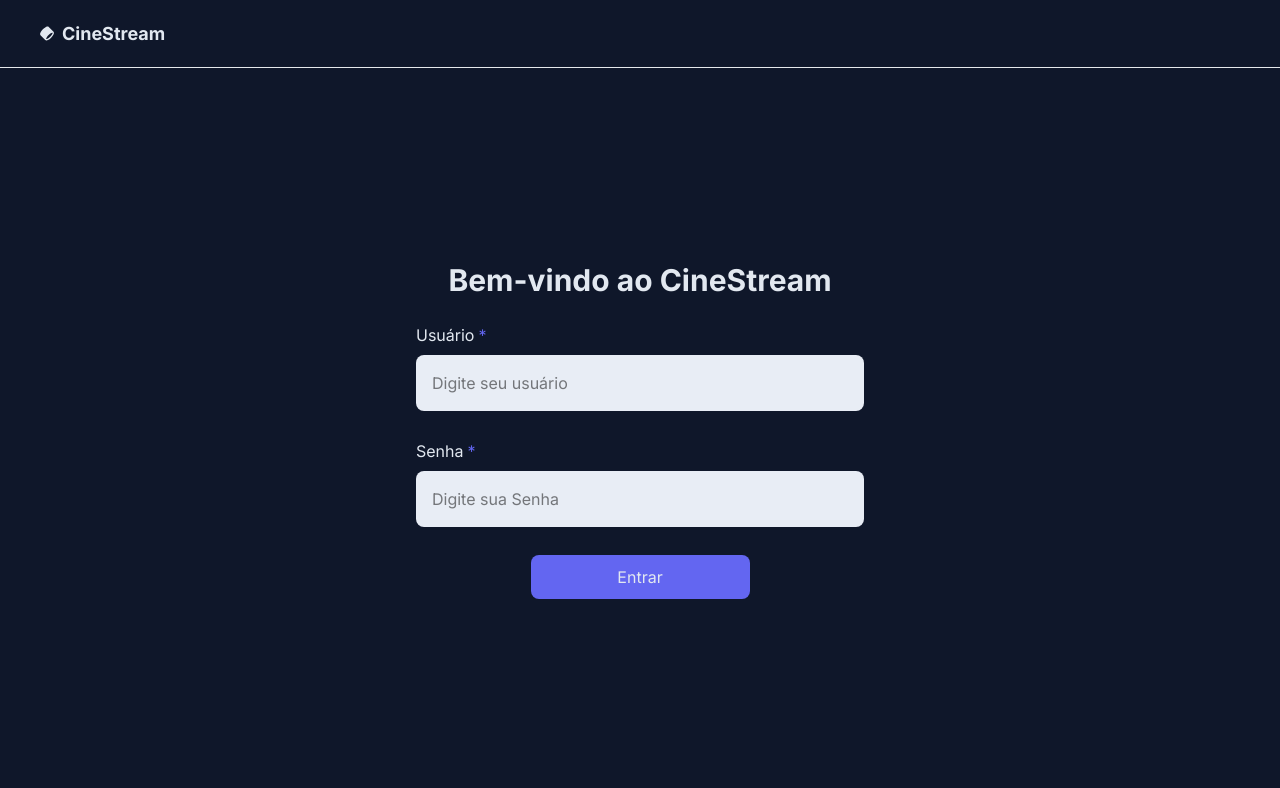
Repository: GabrielMA0/CineStream
Page: /login
The author's editor kept a copy of each file at every save. The page is drawn from the files as they stood at one save, then again after the next save.
The browser window is 1280 px wide. The pictures show the whole page.
The project was rebuilt for these pictures with package versions that can differ from the ones it lists, and the page was loaded fresh each time. Also part of the build but not shown: vite.config.ts, src/pages/Users.vue, src/pages/Clients.vue, src/pages/Rental.vue.

Above is the page before, as saved 2025-07-23 14:21:59.

After the next save:
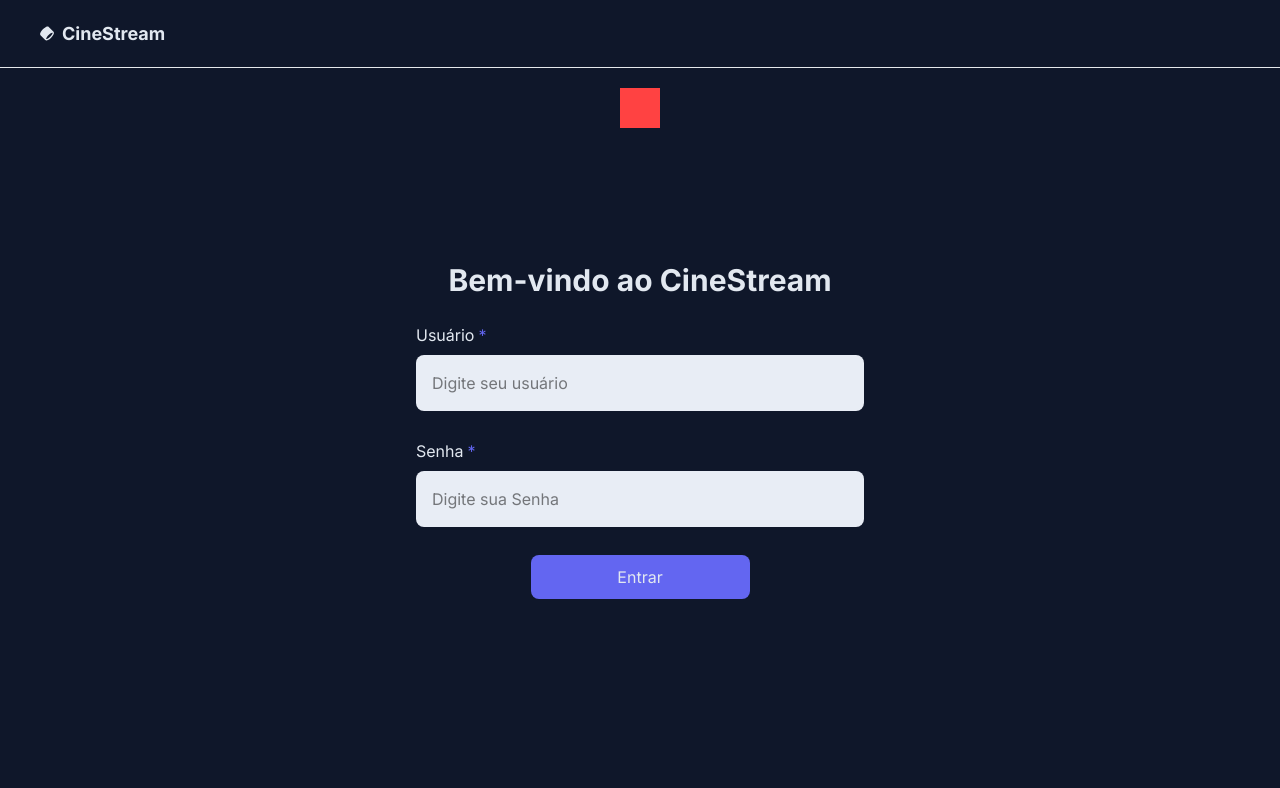
Saved 11 s later.
--- a/src/components/organisms/Forms/LoginForm.vue
+++ b/src/components/organisms/Forms/LoginForm.vue
@@ -51,6 +51,8 @@
         />
         <Button typeBtn="submit">Entrar</Button>
     </form>
+
+    <Alert></Alert>
 </template>
 
 <style scoped>

After the 5 saves that followed:
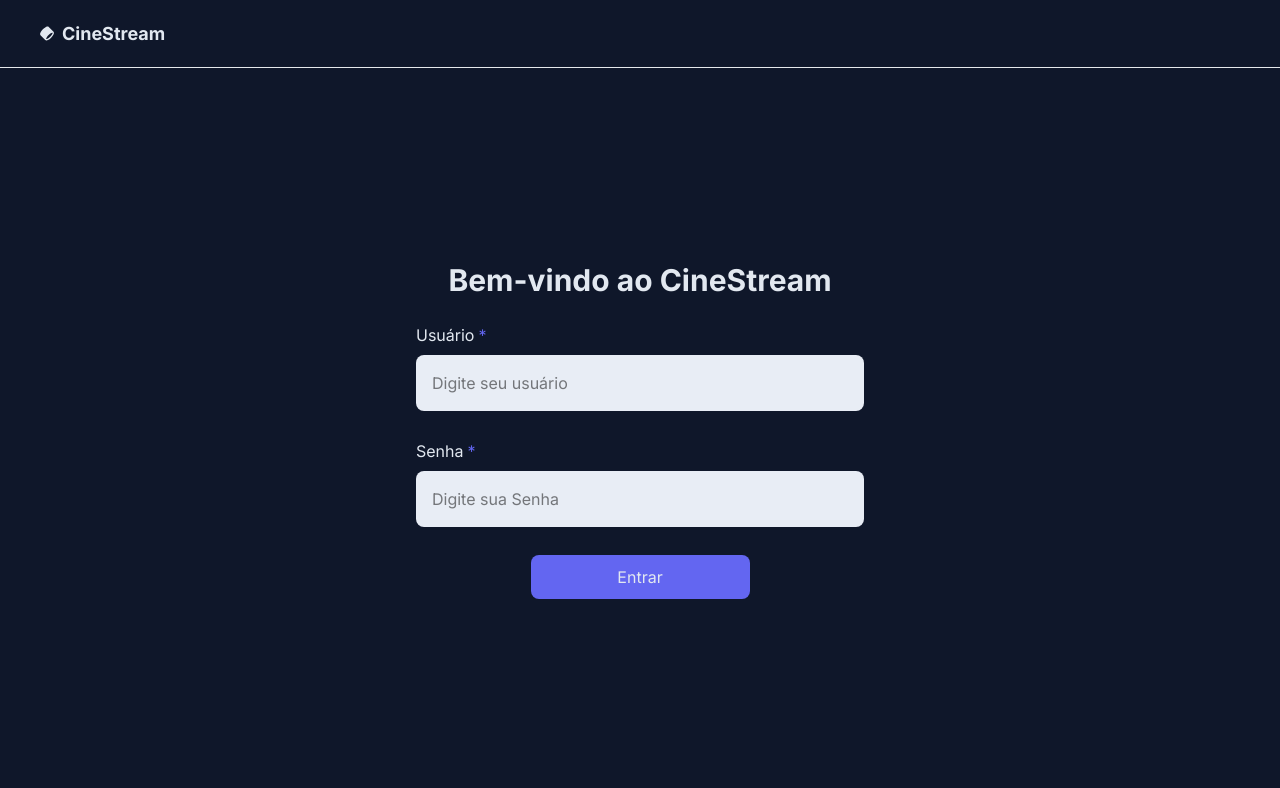
The 5 saves are shown as one change because 2 left the picture as it was and some came seconds apart.
The last was saved 66 s later.
--- a/src/components/organisms/Forms/LoginForm.vue
+++ b/src/components/organisms/Forms/LoginForm.vue
@@ -52,7 +52,7 @@
         <Button typeBtn="submit">Entrar</Button>
     </form>
 
-    <Alert></Alert>
+    <Alert v-show="">Usuário ou senha incorretos</Alert>
 </template>
 
 <style scoped>
--- a/src/components/atoms/Alert.vue
+++ b/src/components/atoms/Alert.vue
@@ -1,16 +1,11 @@
 <script setup lang="ts">
-
-const props = defineProps({
-  name: String
-});
-
 
 </script>
 
 <template>
     <div class="bg-[#ff4242] p-5 text-white rounded-2 border-[1px solid #ff0000] absolute top-[20px]">
-        <span v-show="errorM" class="text-[#EF4444] text-[12px]">
-            {{errorM}}
+        <span class="text-[#EF4444] text-[12px]">
+            <slot></slot>
         </span>
     </div>
 
